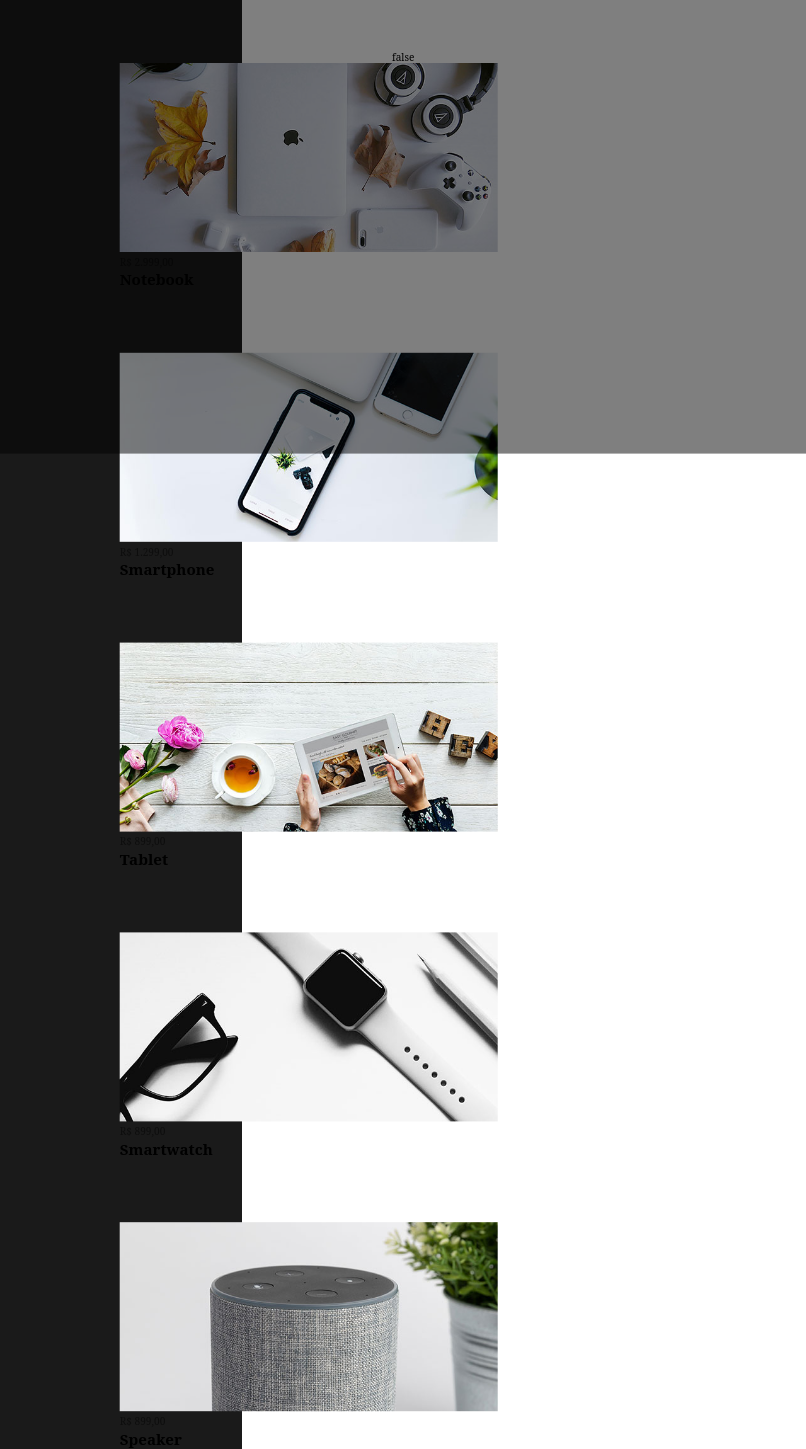
Repository: tomvieir/techno
Page: index.html
An editor plug-in stored every save of this project. The page is shown before and after a run of saves, followed by the edit.
The browser window is 1280 px wide. The pictures show the whole page, at 63% of full size.

Above is the page before, as saved 2022-06-23 17:11:43.

After the next 2 saves:
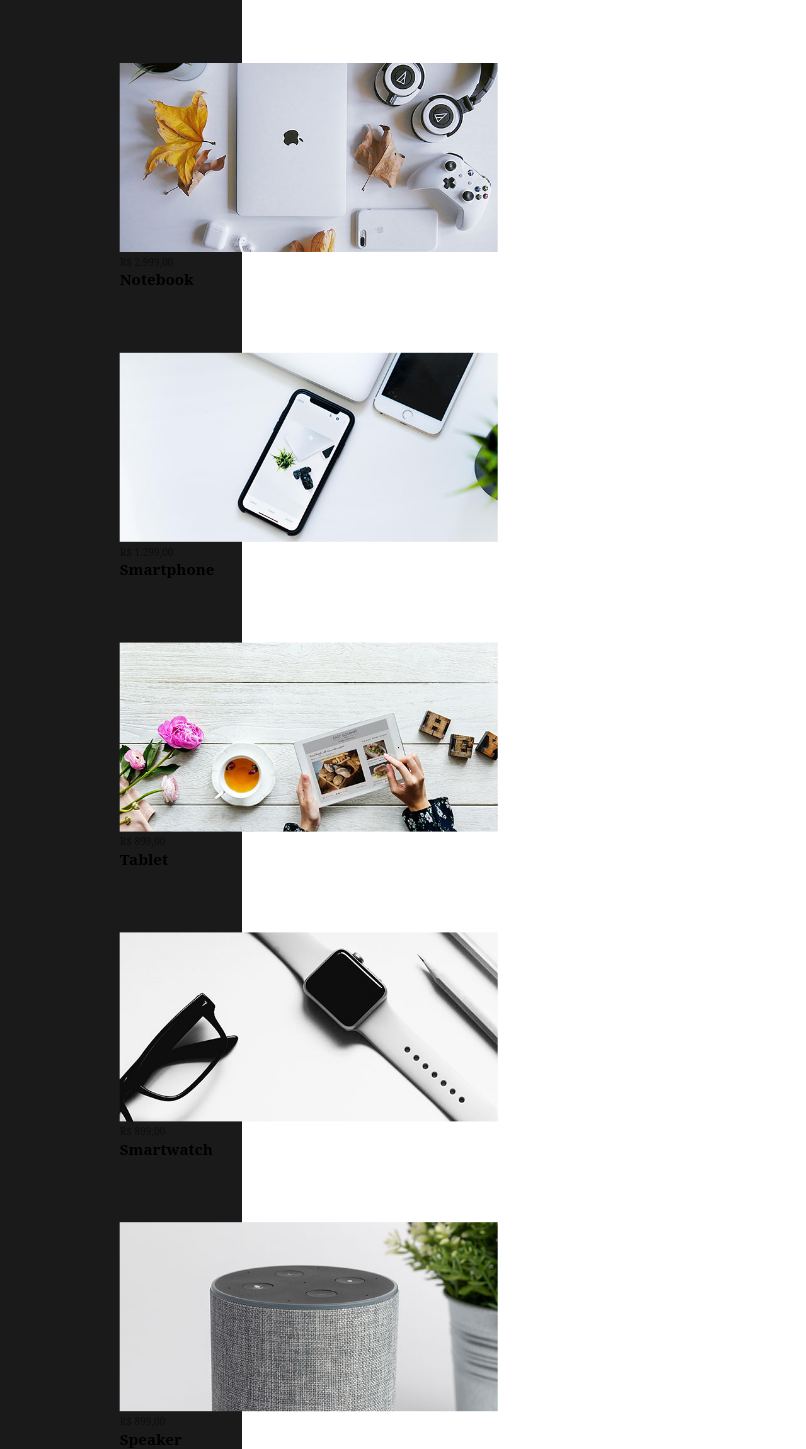
The 2 saves are shown as one change because they came seconds apart.
The last was saved 7 s later.
--- a/index.html
+++ b/index.html
@@ -11,7 +11,7 @@
 <body>
   <div id="app">
 
-    <section class="modal" v-if="">
+    <section class="modal" v-if="produto">
 
       {{produto}}
 
